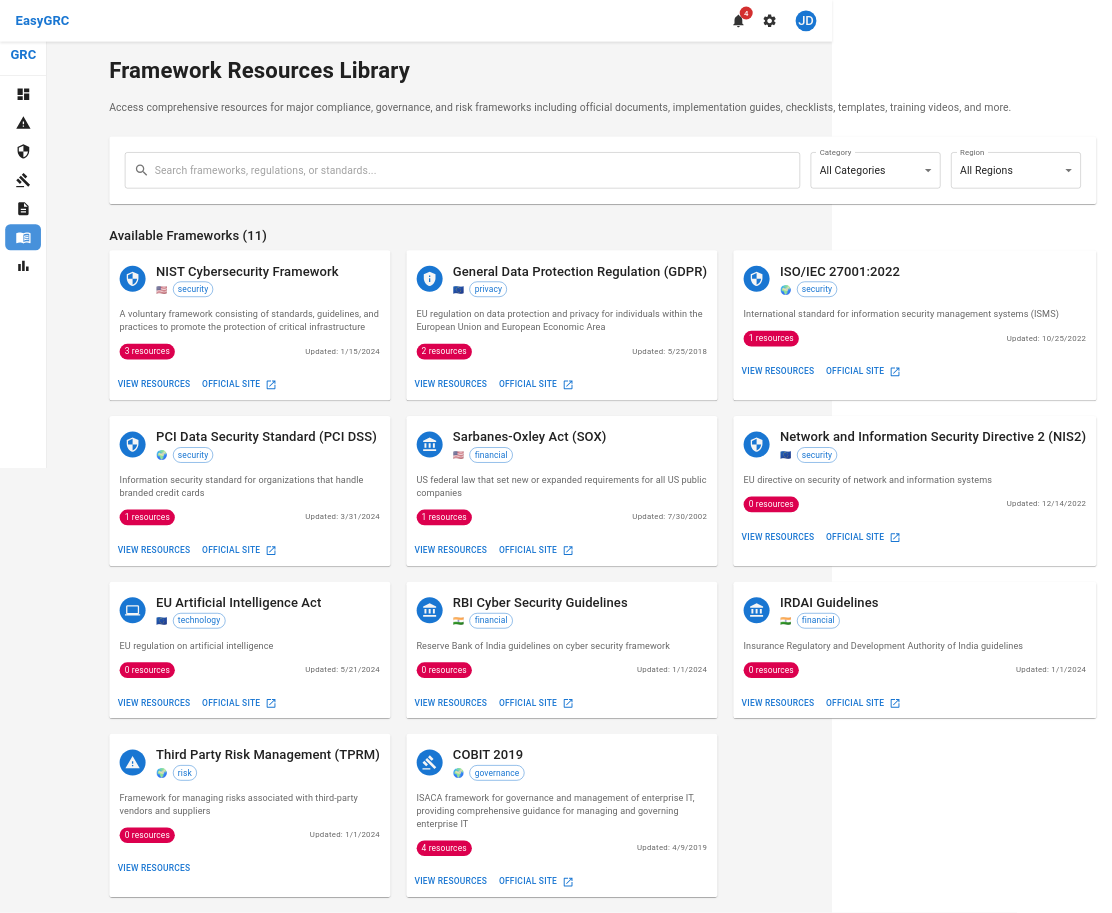
Repository: rano-g/easygrc
Page: /frameworks
An editor plug-in stored every save of this project. The page is shown before and after the next save, followed by the edit.
The browser window is 1280 px wide. The page is 1711 px wide, so the pictures cover 1711 px, including what lies to the right of the window. The pictures show the whole page, at 65% of full size.
The project was rebuilt for these pictures with package versions that can differ from the ones it lists, and the page was loaded fresh each time. Also part of the build but not shown: vite.config.ts, src/data/mockData.ts, src/pages/Dashboard.tsx, src/pages/RiskManagement.tsx, src/pages/Compliance.tsx, src/pages/AuditManagement.tsx, src/pages/PolicyManagement.tsx, src/pages/Reports.tsx.

Above is the page before, as saved 2025-09-03 18:20:12.

### src/App.tsx
import { BrowserRouter as Router, Routes, Route } from 'react-router-dom';
import { ThemeProvider, createTheme } from '@mui/material/styles';
import CssBaseline from '@mui/material/CssBaseline';
import { Box } from '@mui/material';
import { useState } from 'react';

import Sidebar from './components/Layout/Sidebar';
import TopBar from './components/Layout/TopBar';
import Dashboard from './pages/Dashboard';
import RiskManagement from './pages/RiskManagement';
import Compliance from './pages/Compliance';
import AuditManagement from './pages/AuditManagement';
import PolicyManagement from './pages/PolicyManagement';
import Reports from './pages/Reports';
import FrameworkResources from './pages/FrameworkResources';

const theme = createTheme({
  palette: {
    mode: 'light',
    primary: {
      main: '#1976d2',
    },
    secondary: {
      main: '#dc004e',
    },
    background: {
      default: '#f5f5f5',
    },
  },
  typography: {
    fontFamily: '"Roboto", "Helvetica", "Arial", sans-serif',
  },
  breakpoints: {
    values: {
      xs: 0,
      sm: 600,
      md: 960,
      lg: 1280,
      xl: 1920,
    },
  },
});

function App() {
  const [sidebarOpen, setSidebarOpen] = useState(false);

  const handleSidebarToggle = () => {
    setSidebarOpen(!sidebarOpen);
  };

  return (
    <ThemeProvider theme={theme}>
      <CssBaseline />
      <Router>
        <Box sx={{ display: 'flex', minHeight: '100vh' }}>
          <Sidebar open={sidebarOpen} onToggle={handleSidebarToggle} />
          <Box sx={{ flexGrow: 1, display: 'flex', flexDirection: 'column' }}>
            <TopBar onMenuClick={handleSidebarToggle} />
            <Box
              component="main"
              sx={{
                flexGrow: 1,
                p: { xs: 2, sm: 3 },
                mt: { xs: 7, sm: 8 },
                ml: { md: sidebarOpen ? '240px' : '72px' },
                transition: theme.transitions.create(['margin'], {
                  easing: theme.transitions.easing.sharp,
                  duration: theme.transitions.duration.leavingScreen,
                }),
              }}
            >
              <Routes>
                <Route path="/" element={<Dashboard />} />
                <Route path="/dashboard" element={<Dashboard />} />
                <Route path="/risks" element={<RiskManagement />} />
                <Route path="/compliance" element={<Compliance />} />
                <Route path="/audits" element={<AuditManagement />} />
                <Route path="/policies" element={<PolicyManagement />} />
                <Route path="/frameworks" element={<FrameworkResources />} />
                <Route path="/reports" element={<Reports />} />
              </Routes>
            </Box>
          </Box>
        </Box>
      </Router>
    </ThemeProvider>
  )
}

export default App

### src/components/Layout/TopBar.tsx
import {
  AppBar,
  Toolbar,
  Typography,
  IconButton,
  Box,
  Avatar,
  Menu,
  MenuItem,
  Badge,
  useTheme
} from '@mui/material';
import {
  Menu as MenuIcon,
  Notifications as NotificationsIcon,
  Settings as SettingsIcon
} from '@mui/icons-material';
import { useState } from 'react';

interface TopBarProps {
  onMenuClick: () => void;
}

const TopBar = ({ onMenuClick }: TopBarProps) => {
  const theme = useTheme();
  const [anchorEl, setAnchorEl] = useState<null | HTMLElement>(null);

  const handleProfileMenuOpen = (event: React.MouseEvent<HTMLElement>) => {
    setAnchorEl(event.currentTarget);
  };

  const handleProfileMenuClose = () => {
    setAnchorEl(null);
  };

  return (
    <AppBar
      position="fixed"
      sx={{
        zIndex: (theme) => theme.zIndex.drawer + 1,
        backgroundColor: '#fff',
        color: '#333',
        boxShadow: '0 2px 4px rgba(0,0,0,0.1)'
      }}
    >
      <Toolbar>
        <IconButton
          color="inherit"
          aria-label="open drawer"
          edge="start"
          onClick={onMenuClick}
          sx={{ mr: 2, display: { md: 'none' } }}
        >
          <MenuIcon />
        </IconButton>

        <Typography
          variant="h6"
          noWrap
          component="div"
          sx={{
            flexGrow: 1,
            fontWeight: 'bold',
            color: theme.palette.primary.main
          }}
        >
          EasyGRC
        </Typography>

        <Box sx={{ display: 'flex', alignItems: 'center', gap: 1 }}>
          <IconButton color="inherit">
            <Badge badgeContent={4} color="error">
              <NotificationsIcon />
            </Badge>
          </IconButton>

          <IconButton color="inherit">
            <SettingsIcon />
          </IconButton>

          <IconButton
            size="large"
            edge="end"
            aria-label="account of current user"
            aria-controls="primary-search-account-menu"
            aria-haspopup="true"
            onClick={handleProfileMenuOpen}
            color="inherit"
          >
            <Avatar sx={{ width: 32, height: 32, bgcolor: theme.palette.primary.main }}>
              JD
            </Avatar>
          </IconButton>
        </Box>

        <Menu
          anchorEl={anchorEl}
          anchorOrigin={{
            vertical: 'top',
            horizontal: 'right',
          }}
          keepMounted
          transformOrigin={{
            vertical: 'top',
            horizontal: 'right',
          }}
          open={Boolean(anchorEl)}
          onClose={handleProfileMenuClose}
        >
          <MenuItem onClick={handleProfileMenuClose}>Profile</MenuItem>
          <MenuItem onClick={handleProfileMenuClose}>My Account</MenuItem>
          <MenuItem onClick={handleProfileMenuClose}>Logout</MenuItem>
        </Menu>
      </Toolbar>
    </AppBar>
  );
};

export default TopBar;

### src/data/frameworksData.ts
import type { Framework, FrameworkResource, FrameworkCategory } from '../types/frameworks';

// Mock Framework Resources Data
export const mockFrameworkResources: FrameworkResource[] = [
  // NIST Resources
  {
    id: 'nist-csf-guide',
    frameworkId: 'nist-csf',
    type: 'document',
    title: 'NIST Cybersecurity Framework v1.1 Official Guide',
    description: 'Complete guide to implementing the NIST Cybersecurity Framework',
    format: 'pdf',
    size: '2.5 MB',
    downloadUrl: '/resources/nist-csf-guide.pdf',
    tags: ['cybersecurity', 'implementation', 'guide'],
    createdAt: new Date('2024-01-15'),
    popularity: 95
  },
  {
    id: 'nist-csf-checklist',
    frameworkId: 'nist-csf',
    type: 'checklist',
    title: 'NIST CSF Implementation Checklist',
    description: 'Step-by-step checklist for NIST CSF implementation',
    format: 'xlsx',
    size: '450 KB',
    downloadUrl: '/resources/nist-csf-checklist.xlsx',
    tags: ['checklist', 'implementation'],
    createdAt: new Date('2024-02-01'),
    popularity: 88
  },
  {
    id: 'nist-csf-video',
    frameworkId: 'nist-csf',
    type: 'video',
    title: 'NIST CSF Overview and Implementation',
    description: 'Comprehensive video series on NIST Cybersecurity Framework',
    format: 'mp4',
    size: '1.2 GB',
    externalUrl: 'https://youtube.com/watch?v=nist-csf-overview',
    tags: ['training', 'overview'],
    createdAt: new Date('2024-01-10'),
    popularity: 76
  },
  // GDPR Resources
  {
    id: 'gdpr-compliance-template',
    frameworkId: 'gdpr',
    type: 'template',
    title: 'GDPR Compliance Assessment Template',
    description: 'Complete template for GDPR compliance assessment and gap analysis',
    format: 'docx',
    size: '1.8 MB',
    downloadUrl: '/resources/gdpr-compliance-template.docx',
    tags: ['gdpr', 'compliance', 'assessment'],
    createdAt: new Date('2024-03-01'),
    popularity: 92
  },
  {
    id: 'gdpr-dpia-template',
    frameworkId: 'gdpr',
    type: 'template',
    title: 'Data Protection Impact Assessment (DPIA) Template',
    description: 'Ready-to-use DPIA template for GDPR compliance',
    format: 'docx',
    size: '850 KB',
    downloadUrl: '/resources/gdpr-dpia-template.docx',
    tags: ['dpia', 'privacy', 'template'],
    createdAt: new Date('2024-02-15'),
    popularity: 85
  },
  // ISO 27001 Resources
  {
    id: 'iso27001-implementation-guide',
    frameworkId: 'iso-27001',
    type: 'guide',
    title: 'ISO 27001:2022 Implementation Guide',
    description: 'Step-by-step guide for ISO 27001 implementation',
    format: 'pdf',
    size: '3.2 MB',
    downloadUrl: '/resources/iso27001-implementation-guide.pdf',
    tags: ['iso27001', 'implementation', 'security'],
    createdAt: new Date('2024-01-20'),
    popularity: 91
  },
  // PCI DSS Resources
  {
    id: 'pci-dss-checklist',
    frameworkId: 'pci-dss',
    type: 'checklist',
    title: 'PCI DSS v4.0 Compliance Checklist',
    description: 'Comprehensive checklist for PCI DSS v4.0 compliance',
    format: 'xlsx',
    size: '620 KB',
    downloadUrl: '/resources/pci-dss-checklist.xlsx',
    tags: ['pci-dss', 'payments', 'compliance'],
    createdAt: new Date('2024-02-10'),
    popularity: 87
  },
  // SOX Resources
  {
    id: 'sox-controls-template',
    frameworkId: 'sox',
    type: 'template',
    title: 'SOX Internal Controls Documentation Template',
    description: 'Template for documenting SOX internal controls',
    format: 'xlsx',
    size: '1.1 MB',
    downloadUrl: '/resources/sox-controls-template.xlsx',
    tags: ['sox', 'internal-controls', 'finance'],
    createdAt: new Date('2024-01-25'),
    popularity: 79
  },
  // COBIT Resources
  {
    id: 'cobit-2019-guide',
    frameworkId: 'cobit-2019',
    type: 'document',
    title: 'COBIT 2019 Framework Guide',
    description: 'Complete guide to COBIT 2019 for governance and management of enterprise IT',
    format: 'pdf',
    size: '3.2 MB',
    downloadUrl: '/resources/cobit-2019-guide.pdf',
    tags: ['governance', 'it-management', 'cobit'],
    createdAt: new Date('2024-01-20'),
    popularity: 85
  },
  {
    id: 'cobit-implementation-template',
    frameworkId: 'cobit-2019',
    type: 'template',
    title: 'COBIT Implementation Roadmap Template',
    description: 'Step-by-step template for implementing COBIT in your organization',
    format: 'xlsx',
    size: '650 KB',
    downloadUrl: '/resources/cobit-implementation-template.xlsx',
    tags: ['implementation', 'roadmap', 'template'],
    createdAt: new Date('2024-02-05'),
    popularity: 78
  },
  {
    id: 'cobit-assessment-checklist',
    frameworkId: 'cobit-2019',
    type: 'checklist',
    title: 'COBIT Maturity Assessment Checklist',
    description: 'Comprehensive checklist for assessing COBIT process maturity',
    format: 'xlsx',
    size: '520 KB',
    downloadUrl: '/resources/cobit-maturity-checklist.xlsx',
    tags: ['assessment', 'maturity', 'checklist'],
    createdAt: new Date('2024-01-30'),
    popularity: 82
  },
  {
    id: 'cobit-training-video',
    frameworkId: 'cobit-2019',
    type: 'video',
    title: 'COBIT 2019 Foundation Training',
    description: 'Comprehensive training video series on COBIT 2019 fundamentals',
    format: 'mp4',
    size: '2.1 GB',
    externalUrl: 'https://youtube.com/watch?v=cobit-2019-training',
    tags: ['training', 'foundation', 'video'],
    createdAt: new Date('2024-01-18'),
    popularity: 74
  },
  // COSO Resources
  {
    id: 'coso-eic-guide',
    frameworkId: 'coso-eic',
    type: 'document',
    title: 'COSO Enterprise Risk Management Framework Guide',
    description: 'Comprehensive guide to implementing COSO ERM framework for enterprise risk management',
    format: 'pdf',
    size: '2.8 MB',
    downloadUrl: '/resources/coso-erm-guide.pdf',
    tags: ['enterprise-risk', 'risk-management', 'coso'],
    createdAt: new Date('2024-01-22'),
    popularity: 89
  },
  {
    id: 'coso-internal-control-template',
    frameworkId: 'coso-eic',
    type: 'template',
    title: 'COSO Internal Control Assessment Template',
    description: 'Template for assessing internal controls using COSO framework',
    format: 'xlsx',
    size: '720 KB',
    downloadUrl: '/resources/coso-internal-control-template.xlsx',
    tags: ['internal-control', 'assessment', 'template'],
    createdAt: new Date('2024-02-08'),
    popularity: 83
  },
  {
    id: 'coso-risk-assessment-checklist',
    frameworkId: 'coso-eic',
    type: 'checklist',
    title: 'COSO Risk Assessment Checklist',
    description: 'Comprehensive checklist for conducting risk assessments per COSO guidelines',
    format: 'xlsx',
    size: '580 KB',
    downloadUrl: '/resources/coso-risk-assessment-checklist.xlsx',
    tags: ['risk-assessment', 'checklist', 'coso'],
    createdAt: new Date('2024-02-01'),
    popularity: 81
  },
  // IRM Resources
  {
    id: 'irm-standard-guide',
    frameworkId: 'irm-standard',
    type: 'document',
    title: 'IRM Risk Management Standard Guide',
    description: 'Institute of Risk Management standard for professional risk management practices',
    format: 'pdf',
    size: '1.9 MB',
    downloadUrl: '/resources/irm-standard-guide.pdf',
    tags: ['risk-management', 'irm', 'professional-standard'],
    createdAt: new Date('2024-01-28'),
    popularity: 77
  },
  {
    id: 'irm-implementation-template',
    frameworkId: 'irm-standard',
    type: 'template',
    title: 'IRM Implementation Toolkit',
    description: 'Complete toolkit for implementing IRM risk management standards',
    format: 'zip',
    size: '3.2 MB',
    downloadUrl: '/resources/irm-implementation-toolkit.zip',
    tags: ['implementation', 'toolkit', 'irm'],
    createdAt: new Date('2024-02-10'),
    popularity: 75
  },
  {
    id: 'irm-training-video',
    frameworkId: 'irm-standard',
    type: 'video',
    title: 'IRM Professional Risk Management Training',
    description: 'Professional development video series for risk management practitioners',
    format: 'mp4',
    size: '1.8 GB',
    externalUrl: 'https://youtube.com/watch?v=irm-training-series',
    tags: ['training', 'professional-development', 'video'],
    createdAt: new Date('2024-01-25'),
    popularity: 72
  },
  // IIA CIA Resources
  {
    id: 'iia-cia-study-guide',
    frameworkId: 'iia-cia',
    type: 'guide',
    title: 'IIA CIA Certification Study Guide',
    description: 'Comprehensive study guide for Certified Internal Auditor certification',
    format: 'pdf',
    size: '4.1 MB',
    downloadUrl: '/resources/iia-cia-study-guide.pdf',
    tags: ['certification', 'internal-audit', 'study-guide'],
    createdAt: new Date('2024-01-15'),
    popularity: 92
  },
  {
    id: 'iia-audit-program-templates',
    frameworkId: 'iia-cia',
    type: 'template',
    title: 'IIA Internal Audit Program Templates',
    description: 'Collection of audit program templates following IIA standards',
    format: 'zip',
    size: '2.3 MB',
    downloadUrl: '/resources/iia-audit-programs.zip',
    tags: ['audit-programs', 'templates', 'iia'],
    createdAt: new Date('2024-02-05'),
    popularity: 86
  },
  {
    id: 'iia-ippf-checklist',
    frameworkId: 'iia-cia',
    type: 'checklist',
    title: 'IIA IPPF Compliance Checklist',
    description: 'International Professional Practices Framework compliance checklist',
    format: 'xlsx',
    size: '450 KB',
    downloadUrl: '/resources/iia-ippf-checklist.xlsx',
    tags: ['ippf', 'compliance', 'checklist'],
    createdAt: new Date('2024-01-30'),
    popularity: 84
  },
  {
    id: 'iia-training-podcast',
    frameworkId: 'iia-cia',
    type: 'podcast',
    title: 'IIA Internal Audit Insights Podcast Series',
    description: 'Professional insights and best practices in internal auditing',
    format: 'mp3',
    size: '850 MB',
    externalUrl: 'https://podcast.theiia.org/internal-audit-insights',
    tags: ['podcast', 'insights', 'best-practices'],
    createdAt: new Date('2024-01-20'),
    popularity: 79
  }
];

export const mockFrameworks: Framework[] = [
  {
    id: 'nist-csf',
    name: 'NIST Cybersecurity Framework',
    category: 'security',
    description: 'A voluntary framework consisting of standards, guidelines, and practices to promote the protection of critical infrastructure',
    region: 'us',
    status: 'active',
    lastUpdated: new Date('2024-01-15'),
    officialUrl: 'https://www.nist.gov/cyberframework',
    resources: mockFrameworkResources.filter(r => r.frameworkId === 'nist-csf')
  },
  {
    id: 'gdpr',
    name: 'General Data Protection Regulation (GDPR)',
    category: 'privacy',
    description: 'EU regulation on data protection and privacy for individuals within the European Union and European Economic Area',
    region: 'eu',
    status: 'active',
    lastUpdated: new Date('2018-05-25'),
    officialUrl: 'https://gdpr-info.eu/',
    resources: mockFrameworkResources.filter(r => r.frameworkId === 'gdpr')
  },
  {
    id: 'iso-27001',
    name: 'ISO/IEC 27001:2022',
    category: 'security',
    description: 'International standard for information security management systems (ISMS)',
    region: 'global',
    status: 'active',
    lastUpdated: new Date('2022-10-25'),
    officialUrl: 'https://www.iso.org/standard/27001',
    resources: mockFrameworkResources.filter(r => r.frameworkId === 'iso-27001')
  },
  {
    id: 'pci-dss',
    name: 'PCI Data Security Standard (PCI DSS)',
    category: 'security',
    description: 'Information security standard for organizations that handle branded credit cards',
    region: 'global',
    status: 'active',
    lastUpdated: new Date('2024-03-31'),
    officialUrl: 'https://www.pcisecuritystandards.org/',
    resources: mockFrameworkResources.filter(r => r.frameworkId === 'pci-dss')
  },
  {
    id: 'sox',
    name: 'Sarbanes-Oxley Act (SOX)',
    category: 'financial',
    description: 'US federal law that set new or expanded requirements for all US public companies',
    region: 'us',
    status: 'active',
    lastUpdated: new Date('2002-07-30'),
    officialUrl: 'https://www.sec.gov/about/laws/soa2002.pdf',
    resources: mockFrameworkResources.filter(r => r.frameworkId === 'sox')
  },
  {
    id: 'nis2',
    name: 'Network and Information Security Directive 2 (NIS2)',
    category: 'security',
    description: 'EU directive on security of network and information systems',
    region: 'eu',
    status: 'active',
    lastUpdated: new Date('2022-12-14'),
    officialUrl: 'https://digital-strategy.ec.europa.eu/en/policies/nis2-directive',
    resources: []
  },
  {
    id: 'eu-ai-act',
    name: 'EU Artificial Intelligence Act',
    category: 'technology',
    description: 'EU regulation on artificial intelligence',
    region: 'eu',
    status: 'active',
    lastUpdated: new Date('2024-05-21'),
    officialUrl: 'https://digital-strategy.ec.europa.eu/en/policies/european-approach-artificial-intelligence',
    resources: []
  },
  {
    id: 'rbi-guidelines',
    name: 'RBI Cyber Security Guidelines',
    category: 'financial',
    description: 'Reserve Bank of India guidelines on cyber security framework',
    region: 'india',
    status: 'active',
    lastUpdated: new Date('2024-01-01'),
    officialUrl: 'https://www.rbi.org.in/',
    resources: []
  },
  {
    id: 'irdai-guidelines',
    name: 'IRDAI Guidelines',
    category: 'financial',
    description: 'Insurance Regulatory and Development Authority of India guidelines',
    region: 'india',
    status: 'active',
    lastUpdated: new Date('2024-01-01'),
    officialUrl: 'https://www.irdai.gov.in/',
    resources: []
  },
  {
    id: 'tprm',
    name: 'Third Party Risk Management (TPRM)',
    category: 'risk',
    description: 'Framework for managing risks associated with third-party vendors and suppliers',
    region: 'global',
    status: 'active',
    lastUpdated: new Date('2024-01-01'),
    officialUrl: '',
    resources: []
  },
  {
    id: 'cobit-2019',
    name: 'COBIT 2019',
    category: 'governance',
    description: 'ISACA framework for governance and management of enterprise IT, providing comprehensive guidance for managing and governing enterprise IT',
    region: 'global',
    status: 'active',
    lastUpdated: new Date('2019-04-09'),
    officialUrl: 'https://www.isaca.org/resources/cobit',
    resources: mockFrameworkResources.filter(r => r.frameworkId === 'cobit-2019')
  }
];

export const mockFrameworkCategories: FrameworkCategory[] = [
  {
    id: 'security',
    name: 'Cybersecurity & Information Security',
    description: 'Frameworks focused on protecting information systems and data',
    icon: 'Security',
    frameworks: mockFrameworks.filter(f => f.category === 'security')
  },
  {
    id: 'privacy',
    name: 'Data Privacy & Protection',
    description: 'Regulations and frameworks for data privacy and protection',
    icon: 'PrivacyTip',
    frameworks: mockFrameworks.filter(f => f.category === 'privacy')
  },
  {
    id: 'financial',
    name: 'Financial Services & Banking',
    description: 'Regulatory frameworks for financial institutions',
    icon: 'AccountBalance',
    frameworks: mockFrameworks.filter(f => f.category === 'financial')
  },
  {
    id: 'governance',
    name: 'Corporate Governance',
    description: 'Frameworks for corporate governance and oversight',
    icon: 'Gavel',
    frameworks: mockFrameworks.filter(f => f.category === 'governance')
  },
  {
    id: 'risk',
    name: 'Risk Management',
    description: 'Risk management frameworks and methodologies',
    icon: 'Warning',
    frameworks: mockFrameworks.filter(f => f.category === 'risk')
  },
  {
    id: 'technology',
    name: 'Technology & Innovation',
    description: 'Frameworks for emerging technologies like AI, IoT, etc.',
    icon: 'Computer',
    frameworks: mockFrameworks.filter(f => f.category === 'technology')
  }
];

Loaded but not shown: index.html (common file); src/main.tsx (common file); src/index.css (common file); src/pages/FrameworkResources.tsx (378 lines, source omitted); src/components/Layout/Sidebar.tsx (282 lines, source omitted)

After the next save:
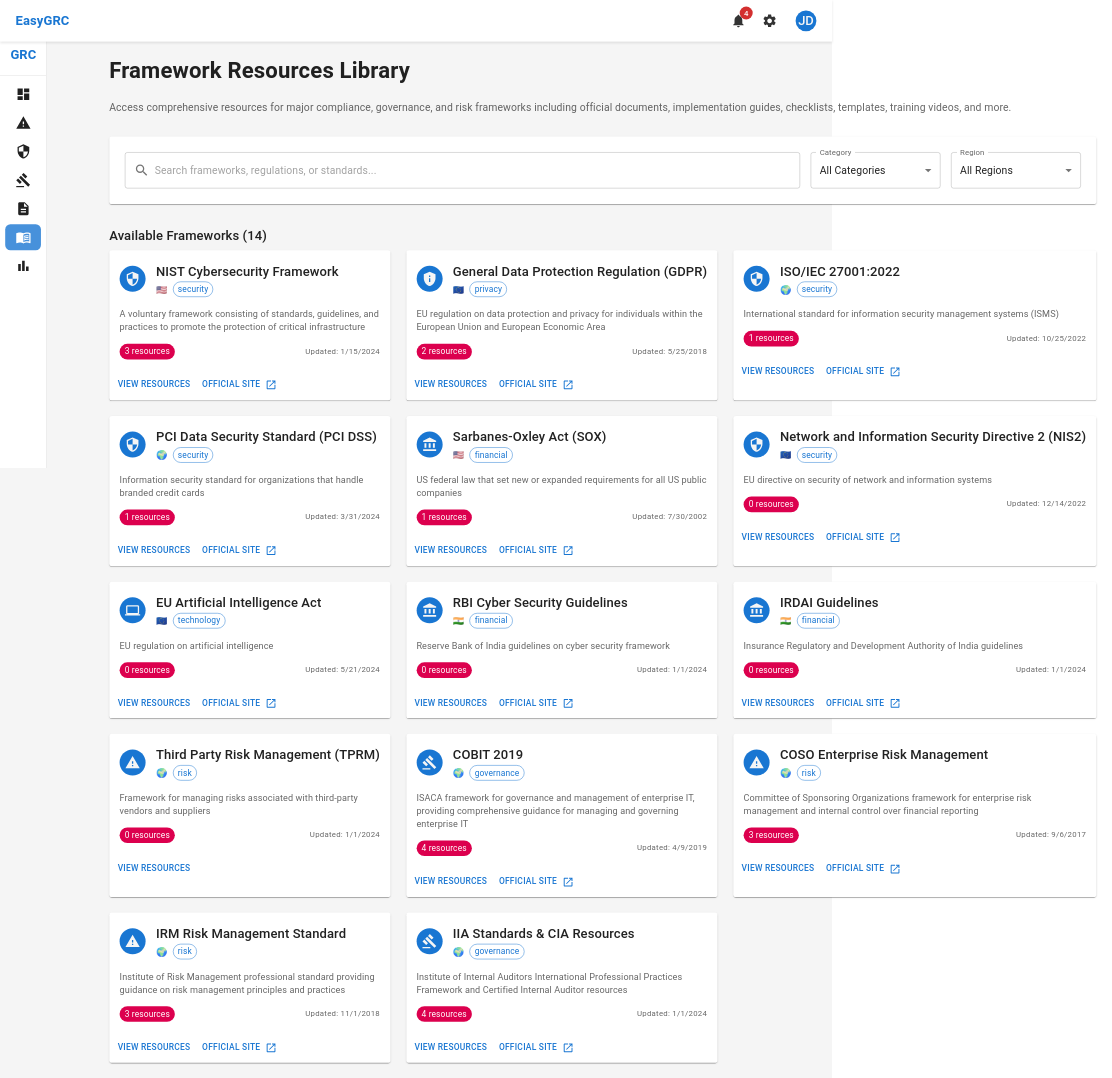
Saved 17 s later.
--- a/src/data/frameworksData.ts
+++ b/src/data/frameworksData.ts
@@ -420,6 +420,39 @@ export const mockFrameworks: Framework[] = [
     lastUpdated: new Date('2019-04-09'),
     officialUrl: 'https://www.isaca.org/resources/cobit',
     resources: mockFrameworkResources.filter(r => r.frameworkId === 'cobit-2019')
+  },
+  {
+    id: 'coso-eic',
+    name: 'COSO Enterprise Risk Management',
+    category: 'risk',
+    description: 'Committee of Sponsoring Organizations framework for enterprise risk management and internal control over financial reporting',
+    region: 'global',
+    status: 'active',
+    lastUpdated: new Date('2017-09-06'),
+    officialUrl: 'https://www.coso.org/Pages/erm.aspx',
+    resources: mockFrameworkResources.filter(r => r.frameworkId === 'coso-eic')
+  },
+  {
+    id: 'irm-standard',
+    name: 'IRM Risk Management Standard',
+    category: 'risk',
+    description: 'Institute of Risk Management professional standard providing guidance on risk management principles and practices',
+    region: 'global',
+    status: 'active',
+    lastUpdated: new Date('2018-11-01'),
+    officialUrl: 'https://www.theirm.org/what-we-do/professional-standards/',
+    resources: mockFrameworkResources.filter(r => r.frameworkId === 'irm-standard')
+  },
+  {
+    id: 'iia-cia',
+    name: 'IIA Standards & CIA Resources',
+    category: 'governance',
+    description: 'Institute of Internal Auditors International Professional Practices Framework and Certified Internal Auditor resources',
+    region: 'global',
+    status: 'active',
+    lastUpdated: new Date('2024-01-01'),
+    officialUrl: 'https://www.theiia.org/en/standards/',
+    resources: mockFrameworkResources.filter(r => r.frameworkId === 'iia-cia')
   }
 ];
 
